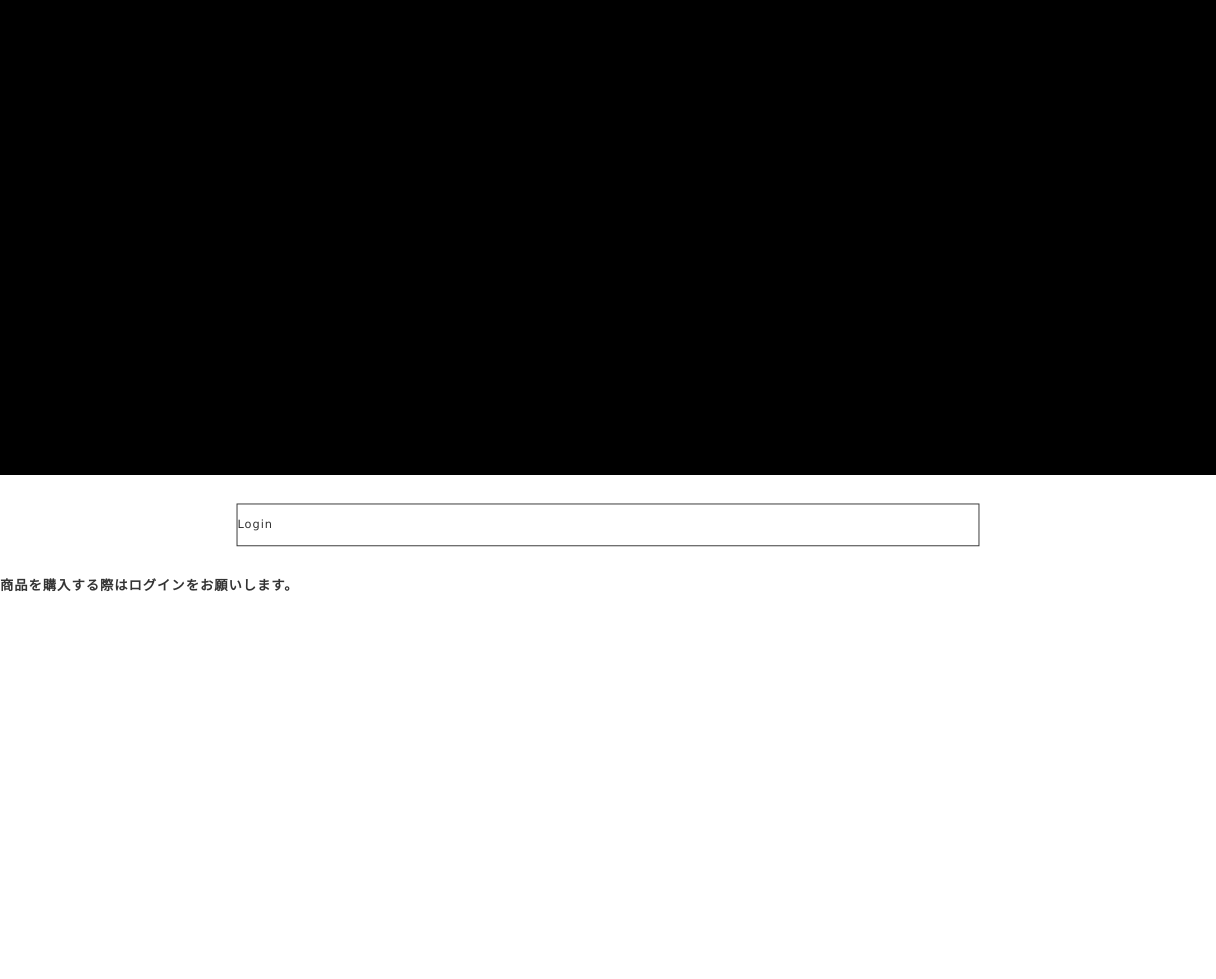
Repository: yukisu18/test
Page: http://localhost/template/login.jsp
An editor plug-in stored every save of this project. The page is shown before and after the next save, followed by the edit.
The browser window is 1280 px wide. The pictures show the whole page, at 95% of full size.
The page is served by Tomcat 9. Nobody is signed in. The application's start-up code is not run.

Above is the page before, as saved 2019-02-15 11:20:57.

After the next save:
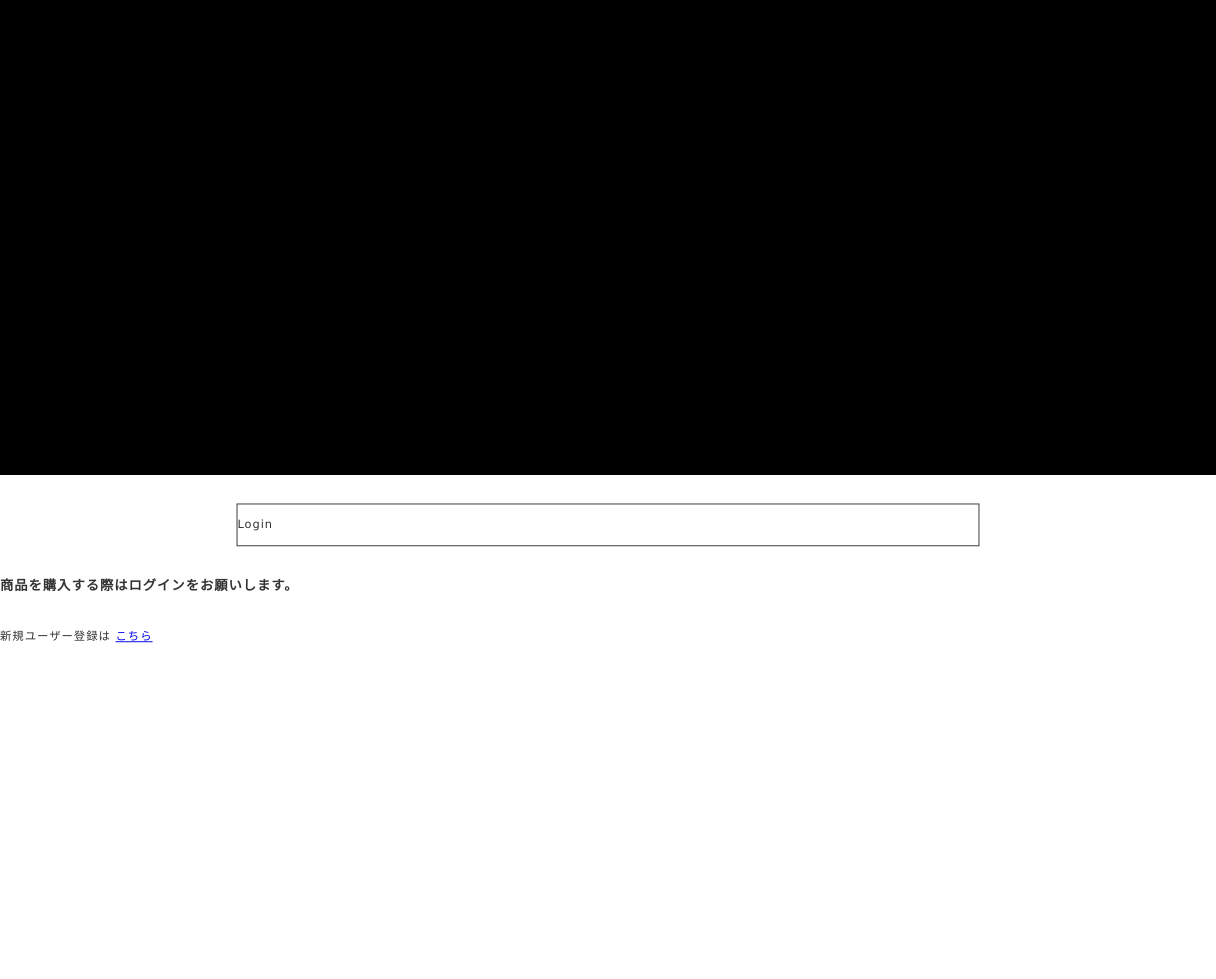
Saved 2 min 23 s later.
--- a/template/WebContent/login.jsp
+++ b/template/WebContent/login.jsp
@@ -70,6 +70,11 @@ table {
 			<s:password name-"loginPassword"/>
 			<s:submit value="ログイン" />
 		</s:form>
+		<br />
+		<div>
+			<span>新規ユーザー登録は <a href='<s:url action="userCreateAction"/>'>こちら</a>
+			</span>
+		</div>
 	</div>
 </body>
 </html>
